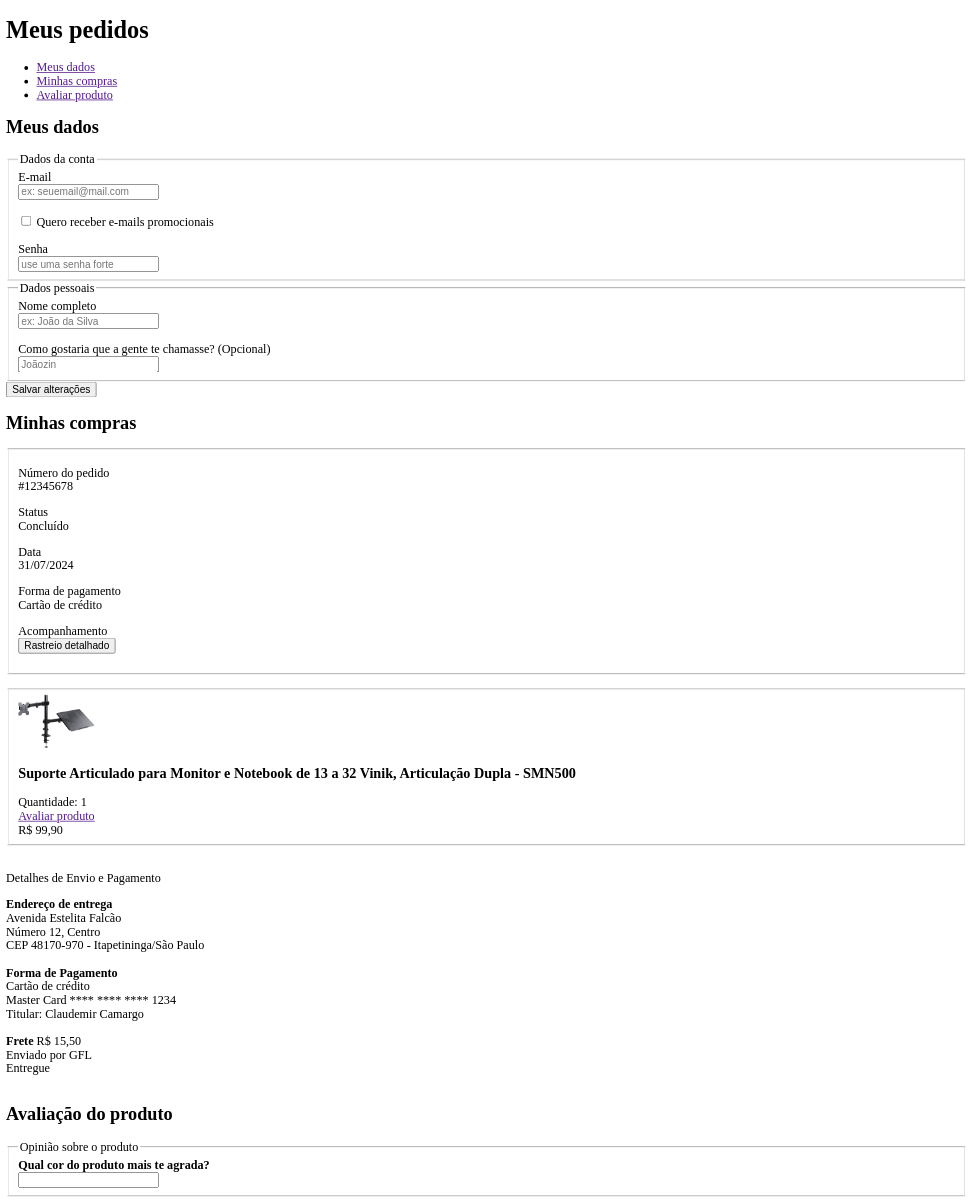
Repository: claudemir-camargo/site-compras
Page: index.html
An editor plug-in stored every save of this project. The page is shown before and after the next save, followed by the edit.
The browser window is 1280 px wide. The pictures show the whole page, at 76% of full size.

Above is the page before, as saved 2024-03-03 22:40:15.

After the next save:
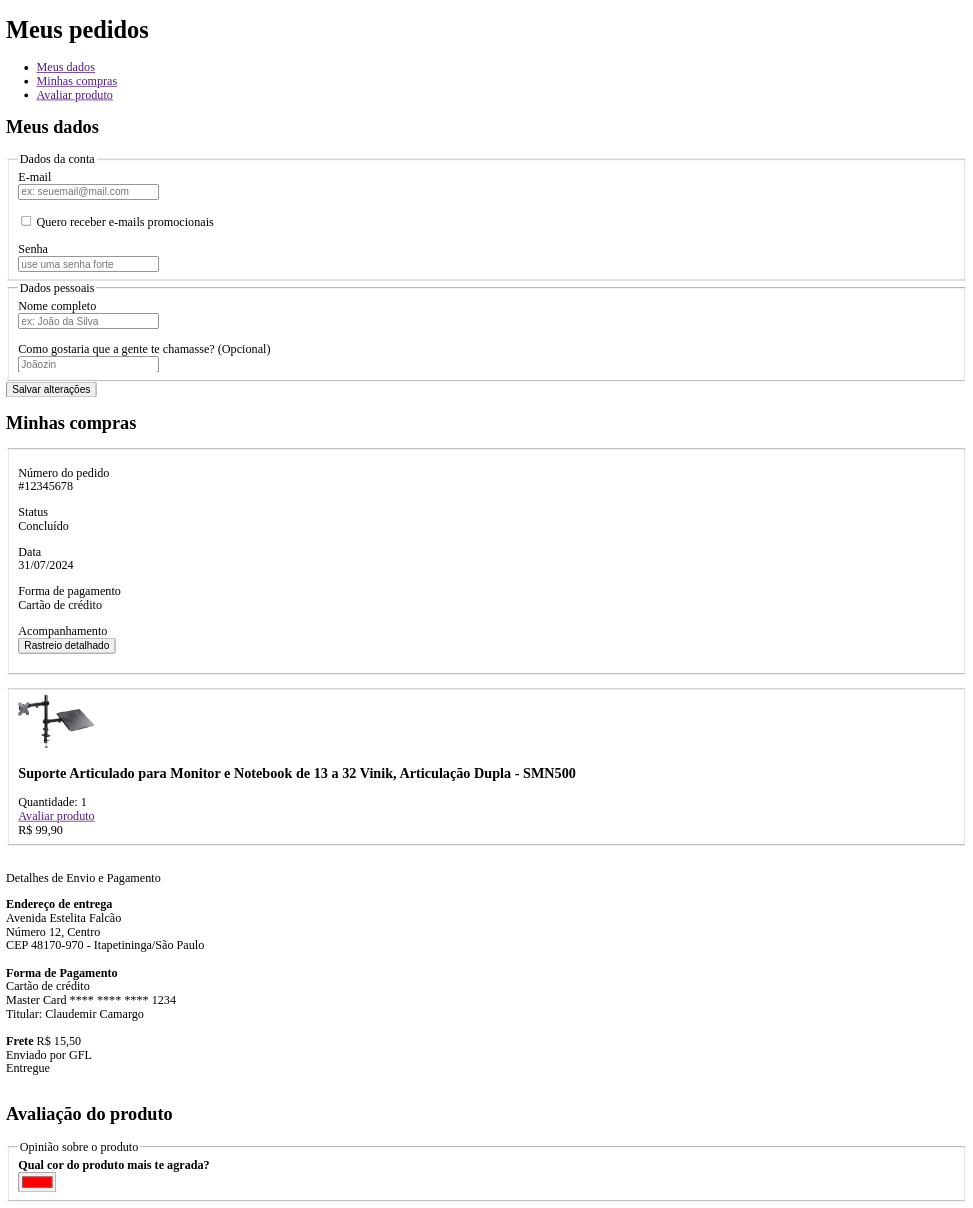
Saved 63 s later.
--- a/index.html
+++ b/index.html
@@ -82,7 +82,7 @@
         <legend>Opinião sobre o produto</legend>
         <form>
             <label><strong>Qual cor do produto mais te agrada?</strong></label><br>
-            <input type="color value="#ff0000">
+            <input type="color" value="#ff0000">
         </form>
 
 
